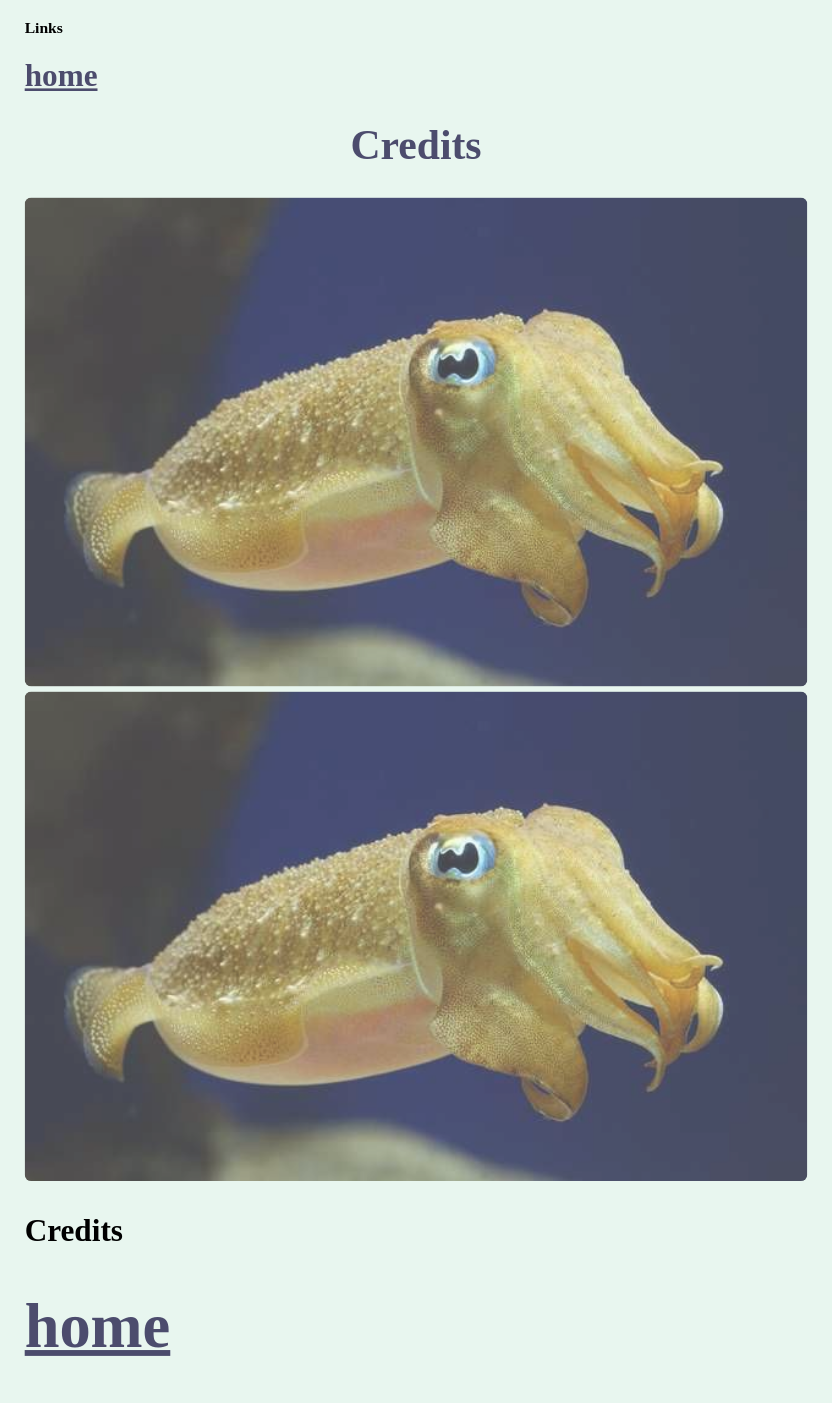
Repository: neomort/comm-lab-vid-site
Page: links.html
The author's editor kept a copy of each file at every save. The page is drawn from the files as they stood at one save, then again after the next save.
The browser window is 1280 px wide. The pictures show the whole page, at 65% of full size.

Above is the page before, as saved 2021-09-23 15:53:04.

### links.html
<!DOCTYPE html>

<head>
<title>Watch the movie</title>
<link rel="icon" href="images/chicken.png"/>
<link rel="stylesheet" href="./css/styles.css" />
</head>

<body class="bg-2">
  <div >
    <div class="default-margin">
  <h2>Links<h2>
    <a class="text-dark font" href="index.html"><h1>home</h1></a>
  </div>
  <div >
    <h1 class="header-text text-dark font">Credits<h1>
    <div class="default-margin">
      <div class="row">
        <a class="bar" href="watch.html">
         <div class="container bar">
          <img class="image-1" src="images/cuddle.jpg" />
          <H1 class="font centered-text text-light show">Watch</H1>
        </div>
      </a>
      </div>
      <div class="row">
      <a class="bar" href="links.html">
        <div class="container">
          <img class="image-1" src="images/cuddle.jpg" />
          <H1 class="font centered-text text-light show">Explore</H1>
        </div>
      </a>
      </div>
  <h2>Credits<h2>
    <a class="text-dark font" href="index.html"><h1>home</h1></a>
  </div>
  </div>
  </div>

</body>

### css/styles.css
/* background colors */
/* color scheme */
.bg-1 {
  /* Yellow */
  background: #FFE194;
}

.bg-2 {
  /* Light */
  background: #E8F6EF;
}

.bg-3 {
  /* medium */
  background: #B8DFD8;
}

.bg-4 {
  /* dark */
  background: #4C4C6D;
}

.text-light {
  /* Light */
  color: #E8F6EF;
}

.text-dark {
  /* dark */
  color: #4C4C6D;
}

.font {
  font-family: Poppins;
}



/* flex properties */

.row {
  display: flex;
}

.column {
  flex: 50%;
  padding: 10px;
}

.column-2 {
  flex: 50%;
  padding: 10px;
  align-content: end;
}

.default-margin{
  margin: 30px;

}

/* fancy container button */

.container {
  position: relative;
  text-align: center;
  opacity: 70%;
  transition: 0.3s;
}

.container img{
  border-radius: 10px;
  width: 100%;
  opacity: 100%;
  transition: 0.3s;
}

.container:hover {
  position: relative;
  text-align: center;
  opacity: 100%;
  transition: 0.3s;
}

.container:hover .show{
  opacity: 1;
}

.show {
  opacity: 0;
  transition: 0.3s;
}

/* iframe box */

.frame {
  padding-top: 56.25%;
  position:relative;
}

.bar {
  width: 100%;
}

.header-text {
  font-size: 4em;
  position: relative;
  text-align: center;

}

.bottom {
  vertical-align: sub;
}


/* .drop-container{
  object-fit: cover;
  position: relative;
  text-align: center;
  opacity: 70%;
  transition: 0.3s;
}

.image-2{
  object-fit: cover;
  border-radius: 10px;
  width: 1000px;
  opacity: 100%;

  transition: 0.3s;
}

.drop-container:hover .image-2{
  object-fit: cover;
  border-radius: 10px;
  width: 100%;
  opacity: 100%;
  height: 300px;
  transition: 0.3s;
} */







.centered-text {
  position: absolute;
  top: 10%;
  left: 50%;
  transform: translate(-50%, -50%);
}

.mirror {
  transform: scaleX(-1);
}

.centered-animation {
  position: absolute;
  top: 50%;
  left: 50%;
  transform: translate(-50%, -10%);
}

#Connectline1_lottie_container {
  width: 100%;
}

#Connectline1_lottie_container svg {
  pointer-events: none;
}

.hidden {
  display: none;
}

.space {
  height:50em;
}

#fade-container {
opacity: 1;
}

After the next save:
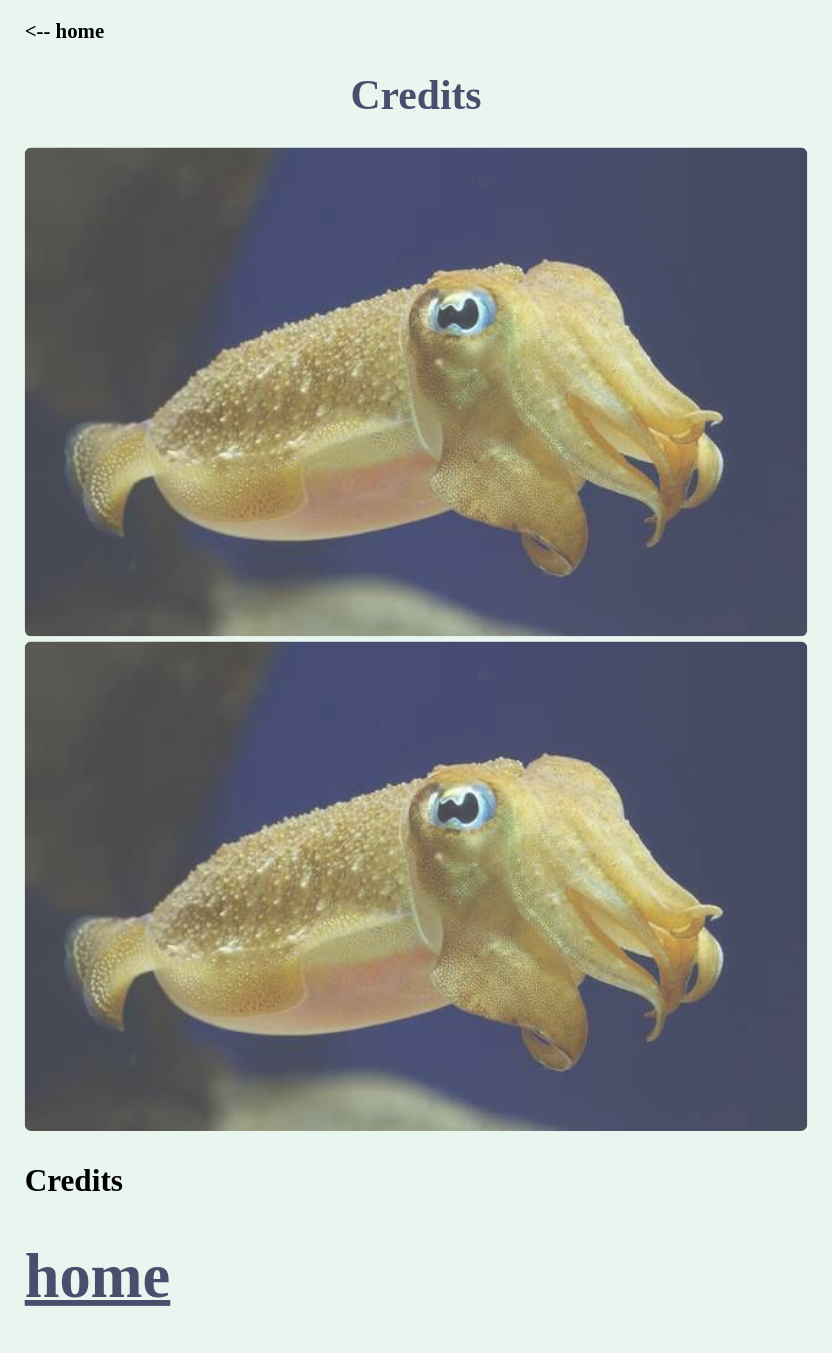
Saved 21 s later.
--- a/links.html
+++ b/links.html
@@ -8,9 +8,8 @@
 
 <body class="bg-2">
   <div >
-    <div class="default-margin">
-  <h2>Links<h2>
-    <a class="text-dark font" href="index.html"><h1>home</h1></a>
+    <div class="default-margin"
+    <a class="text-dark font" href="index.html"><h1><-- home</h1></a>
   </div>
   <div >
     <h1 class="header-text text-dark font">Credits<h1>
